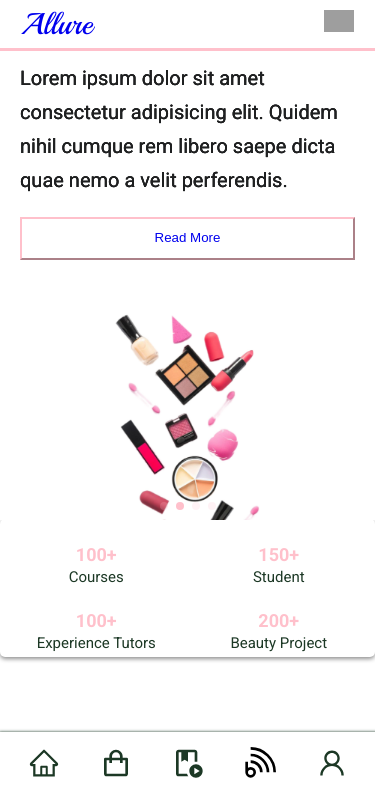
Repository: Benedict-Anthony/Allure-E-commerce-React-Js
Page: /
An editor plug-in stored every save of this project. The page is shown before and after the next save, followed by the edit.
The browser window is 375 px wide. The pictures show the whole page.
Pictures or frames that could not be fetched are drawn as grey boxes. The page's requests for data from a server got no answer. The project was rebuilt for these pictures with package versions that can differ from the ones it lists, and the page was loaded fresh each time. No one was signed in, and anything a server would have sent is missing. Also part of the build but not shown: src/App.css, src/css/courses.css, src/shared/Course.tsx, src/shared/Product.tsx, src/pages/Shop.tsx, src/pages/Tutorials.tsx, src/pages/ProductDetail.tsx, src/components/CourseDetails.tsx and 15 more.

Above is the page before, as saved 2023-02-04 01:06:10.

### src/index.css
@import url('https://fonts.googleapis.com/css2?family=Great+Vibes&family=Playball&family=Roboto:wght@300;400;700&display=swap');


:root {
  --primary-color: pink;
  --secondary-color: #1c3825;
  --text-color: #1f2021;
  --basic: #fff;
  --fontSize: 18px;

}


*,
*::after,
*::before {
  padding: 0;
  margin: 0;
  box-sizing: border-box;
  line-height: 1.4em;
  transition: all .3s linear;
  list-style: none;
  text-decoration: none;
}

html {
  scroll-behavior: smooth;
}

body {
  width: 100%;
  background-color: var(--basic);
  color: var(--text-color);
  font-family: 'Roboto', sans-serif;
}

.container {
  padding: 0 1rem;
  overflow: hidden;
  height: auto;
}

.button {
  display: inline-block;
  padding: 10px 20px;
  color: var(--basic);
  margin-top: 20px;
  background-color: var(--secondary-color);
  border: 2px solid var(--fontSize);
  border-radius: 6px;
}

.flex {
  display: flex;
  justify-content: space-between;
  align-items: center;
}

.flex-center {
  justify-content: center;
}

.flex-row {
  flex-direction: column;
}


.swiper {
  width: 100%;
  height: 100%;
}

.swiper-slide {
  text-align: center;
}


.grid {
  display: grid;
  grid-template-columns: repeat(auto-fit, minmax(12rem, 2fr));
  justify-content: space-between;
  align-items: flex-start;
  gap: 20px;
}


.btn {
  display: inline-block;
  background-color: var(--text-color);
  color: var(--basic);
  font-size: 16px;
  font-family: inherit;
  margin-top: 10px;
  border: 1px solid var(--basic);
  padding: 10px 20px;
  border-radius: 8px;
}

.section {
  margin-top: 20px;
}

.togglebar,
.close {
  display: none;
}

.wrapper {
  max-width: 960px;
  margin: 0 auto;
}

.strike {
  text-decoration: line-through;
  color: var(--secondary-color);
  font-size: 10px;
}




@media(max-width:1024px) {
  /* .grid {
    grid-template-columns: repeat(3, 1fr);
  } */
}


@media(max-width:768px) {

  .container {
    padding: 0 1.3rem;
    overflow: hidden;
    height: auto;
  }

  /* .flex {
    flex-direction: column;
  } */

  /* .grid {
    grid-template-columns: repeat(2, 1fr);
  } */


  /* .togglebar,
  .close {
    display: block;
  } */
}

@media(max-width:500px) {

  /* .flex {
    display: grid;
    grid-template-columns: 1fr 1fr;
  } */

  .grid {
    grid-template-columns: 1fr 1fr;
  }
}

### src/App.tsx
import React from 'react';
import './App.css';
import { BrowserRouter, Routes, Route } from "react-router-dom"
import { ProductProvider } from './contexts/ProductContext';


import Home from './pages/Home';
import Shop from './pages/Shop';
import Header from './components/Header';
import { LessonProvider } from './contexts/LessonContext';
import Tutorials from './pages/Tutorials';
import ProductDetail from './pages/ProductDetail';
import CourseDetail from './pages/CourseDetail';
import Login from './pages/Login';
import SignIn from './pages/SignIn';
import Account from './pages/Account';
import ButtonNav from './components/ButtonNav';

function App() {
  return (
    <BrowserRouter>
      <LessonProvider>
        <ProductProvider>
          <Header />
          <Routes>
            <Route path={"/"} element={<Home />} />
            <Route path='/login' element={<Login />} />
            <Route path='/sign-in' element={<SignIn />} />
            <Route path='/account' element={<Account />} />
            <Route path={"/shop"} element={<Shop />} />
            <Route path={"/tutorials"} element={<Tutorials />} />
            <Route path={"/product/:slug"} element={<ProductDetail />} />
            <Route path={"/course/:slug"} element={<CourseDetail />} />
          </Routes>
          <ButtonNav />
        </ProductProvider>
      </LessonProvider>
    </BrowserRouter>
  );
}

export default App;

### src/contexts/ProductContext.tsx
import React from "react"
import { createContext,  useReducer, useEffect } from 'react';
import { childrenProps, ProductContextInterface } from "../types/contextTypes"
import { initialProductInterface } from "../types/reducerTypes"
import { productReducer } from "../reducers/productReducers";
import getData from "../utils/fetchFunc";
import { ProductType } from "../reducers/productReducers";
import { LessonType } from "../reducers/lessonReducer";


const ProductContext = createContext({} as ProductContextInterface)

export const ProductProvider = ({ children }: childrenProps) => {
    const initialState: initialProductInterface = {
        products: [],
        lessonAssets:[],
        product:{},
        isFetching: true,
        rltd:[]
    }
    const [state, dispatch] = useReducer(productReducer, initialState)
    const fetchProductData = async () => {
        const data = await getData("products")
        dispatch({type:ProductType.LOAD_PRODUCTS, payload:data})
    }

    const getSingleProduct = async (slug:number | string | undefined) => {
        const data = await getData("products", slug)
        const rltdData = await getData(`products/${slug}/category`)
        dispatch({type:ProductType.LOAD_PRODUCT_DETAIL, payload:data, others:rltdData})
    }

   const getLessonAssets = async (slug : string | undefined) => {
       const data = await getData(`lessons/${slug}/assets`)
       dispatch({type:LessonType.LOAD_LESSON_DETAIL_ASSETS, others:data})
   }

    useEffect(() => {
        fetchProductData()
    },[])
    return (

        <ProductContext.Provider value={{
            data: state,

            getSingleProduct,
            getLessonAssets,
        }}>
        {children}
    </ProductContext.Provider>
        )
}


export default ProductContext

### src/pages/Home.tsx
import React from 'react';
import Landing from '../components/Landing';
import Courses from '../components/Courses';
import Products from '../components/Products';
import { FC } from "react";


const Home:FC = () =>  {

return (
    <>
      <Landing />
      <Courses />
      <Products/>
    </>
  )
}

export default Home

### src/components/Header.tsx
import React, { useState } from 'react'
import { FaBars, FaTimes } from 'react-icons/fa'
import { Link } from 'react-router-dom'
import { Navigations } from '../scripts/topNavItems';
import cart from "../assets/cart.png";
import "../css/header.css"

const Header = () => {
  const [activeMenu, setActiveMenu] = useState(false)

  return (
    <header>
      <div className="container">
        <nav className="nav__items">
          <div className="logo">
            <Link to={"/"}>Allure</Link>
          </div>

          <ul className={`nav_links flex ${activeMenu && "active"} `}>
            {Navigations.map((item) => (
              <li key={item.id}>
                {item.page ? <Link to={`/${item.to}`}>{item.name}</Link> : <a href={`#${item.to}`}>{item.name}</a>}
              </li>
            ))}
            <FaTimes className="close" onClick={() => setActiveMenu(false)} />
          </ul>

          <ul className="nav_icons">

            <li><Link to={"login"}>Login</Link></li>
            <li><Link to={"sign-in"}>Sign Up</Link></li>
            <div className="cart">
              <img src={cart} alt="" />

            </div>
            <FaBars className="togglebar" onClick={() => setActiveMenu(true)} />
          </ul>
        </nav>
      </div>
    </header>
  )
}

export default Header

### src/contexts/LessonContext.tsx
import { createContext, useEffect, useReducer } from "react";
import lessonReducer from "../reducers/lessonReducer";
import { initialLessonInterface } from '../types/reducerTypes';
import { childrenProps, LessonContextInterface } from '../types/contextTypes';
import getData from "../utils/fetchFunc";
import { LessonType } from '../reducers/lessonReducer';
const LessonContext = createContext({} as LessonContextInterface)

export const LessonProvider = ({ children }: childrenProps) => {
    const initialState:initialLessonInterface = {
        lessons:[],
        count: 0,
        lesson:{}
    }

    const [state, dispatch] = useReducer(lessonReducer, initialState)

    async function fetchLessonData() {
        const data = await getData("lessons")
        dispatch({type:LessonType.LOAD_LESSONS, payload:data})
    }

    const getLessonDetails = async (slug:string |undefined) => {
        const data = await getData(`lessons/${slug}`)
        dispatch({ type:LessonType.LOAD_LESSON_DETAIL, payload:data})
    }

    useEffect(() => {
      fetchLessonData()
    },[])
    return (
        <LessonContext.Provider value={{
            data:state,
            getLessonDetails
            }}>
            {children}
        </LessonContext.Provider>
    )
}

export default LessonContext

### src/components/ButtonNav.tsx
import React from 'react'
import { AiOutlineHome, AiOutlineUser } from "react-icons/ai"
import { BiShoppingBag, BiLogIn } from "react-icons/bi"
import { MdOutlinePlayLesson } from "react-icons/md"
import { GrBlog } from "react-icons/gr"
import { Link } from 'react-router-dom'




const ButtonNav = () => {
    return (
        <nav className="nav__bottom">
            <ul>
                <li><Link to={"/"}><AiOutlineHome /></Link></li>
                <li><Link to={"/shop"}><BiShoppingBag /></Link></li>
                <li><Link to={"/tutorials"}><MdOutlinePlayLesson /></Link></li>
                <li><Link to={"/blog"}><GrBlog /></Link></li>
                <li><Link to={"/account"}><AiOutlineUser /></Link></li>
            </ul>
        </nav>
    )
}

export default ButtonNav

### src/reducers/productReducers.tsx
import { actionInterface, initialProductInterface } from "../types/reducerTypes";
import { LessonType } from "./lessonReducer";
export const ProductType = {
    LOAD_PRODUCTS: "LOAD_PRODUCTS",
    LOAD_PRODUCT_DETAIL:"LOAD_PRODUCT_DATAIL"
}
export const productReducer = (state:initialProductInterface, action:actionInterface) => {
    switch (action.type) {
        case ProductType.LOAD_PRODUCTS:
            return {
                ...state,
                products: action.payload,
                isFetching:false,
            }
        case ProductType.LOAD_PRODUCT_DETAIL:
            return {
                ...state,
                product: action.payload,
                rltd:action.others
            }
        case LessonType.LOAD_LESSON_DETAIL_ASSETS:
            return {
                ...state,
                lessonAssets:action.others
            }
        default:
            return state
    }
}

### src/utils/fetchFunc.tsx
const getData = async (endpoint: string, slug?: number | string | null) => {
    if (slug) {
        const response = await fetch(`http://127.0.0.1:8000/api/${endpoint}/${slug}`)
        const data = await response.json()
        return data
    } else {
        const response = await fetch(`http://127.0.0.1:8000/api/${endpoint}/`)
        const data = await response.json()
        return data
    }

}


export default getData

### src/reducers/lessonReducer.tsx
import { initialLessonInterface, actionInterface } from '../types/reducerTypes';

export const LessonType = {
    LOAD_LESSONS: "LOAD_LESSONS",
    LOAD_LESSON_DETAIL:"LOAD_DETAILS",
    LOAD_LESSON_DETAIL_ASSETS:"LOAD_LESSON_DETAIL_ASSETS"
}

const lessionReducer = (state:initialLessonInterface, action:actionInterface) => {
    switch (action.type) {
        case LessonType.LOAD_LESSONS:
            return {
                ...state,
                lessons:action.payload,
                count:1
            }
        case LessonType.LOAD_LESSON_DETAIL:
            return {
                ...state,
                lesson:action.payload
            }

        default:
            return state
    }
}


export default lessionReducer

### src/components/Landing.tsx
import React from 'react'
import { FC } from "react";
import Card from '../shared/Card';


import { Swiper, SwiperSlide } from "swiper/react";
import { EffectFade, Autoplay, Pagination, Navigation } from "swiper";
import "swiper/css";
import "swiper/css/pagination";
import "swiper/css/effect-fade";
import "swiper/css/navigation";


import { landing } from '../scripts/landing';
import { Courses } from '../scripts/topNavItems';

import "../css/landing.css";
import Button from '../shared/Button';
import { Link } from 'react-router-dom';


const Landing: FC = () => {

    return (
        <section className="landing" id="home">
            <main className="hero">
                <Swiper
                    loop={true}
                    // loopFillGroupWithBlank={true}
                    // pagination={{
                    //     clickable: true,
                    // }}
                    autoplay={{
                        delay: 5000,
                        disableOnInteraction: false
                    }}
                    spaceBetween={30}
                    effect={"fade"}
                    // navigation={true}
                    pagination={{
                        clickable: true,
                    }}
                    modules={[EffectFade, Navigation, Pagination, Autoplay]}
                    className="mySwiper">
                    {landing.map((item, index) => (
                        <SwiperSlide key={index}>
                            <div className="flex flex-center landing__page ">
                                <div className="landing__info">
                                    <p>{item.text}</p>
                                    <Button type='button'>
                                        <Link to={item.link}>Read More</Link>
                                    </Button>
                                </div>
                                <div className="landing__image">
                                    <img src={item.image} alt="" />
                                </div>

                            </div>
                        </SwiperSlide>
                    ))}
                </Swiper>
            </main>


            <div className="landing__courses">
                <Card>
                    <div className="landing__courses-count">
                        {Courses.map((item) => (
                            <div className="count" key={item.id}>
                                <h2>{item.count}+</h2>
                                <p>{item.name}</p>
                            </div>
                        ))}
                    </div>
                </Card>
            </div>

        </section>
    )
}




export default Landing

### src/components/Courses.tsx
import React, { useContext } from 'react'
import {FC} from "react"

// Import Swiper styles
import { Swiper, SwiperSlide } from "swiper/react";
import "swiper/css";
import "swiper/css/pagination";
import "swiper/css/navigation";
import { Pagination, Navigation } from "swiper";


import "../css/courses.css"

// import required modules


import LessonContext from '../contexts/LessonContext';
import Course from '../shared/Course';


const Courses:FC = () => {

  const {data :{lessons}} = useContext(LessonContext)
  return (
    <section className="container" id="courses">
      <main>
         <Swiper
        // slidesPerView={4}
        // spaceBetween={30}
        // slidesPerGroup={4}
        loop={true}
        loopFillGroupWithBlank={true}
        // pagination={{
        //   clickable: true,
        // }}
          navigation={true}
          breakpoints={{
             // when window width is >= 320px
              468: {
                slidesPerView: 1,
                spaceBetween: 20
              },
              568: {
                slidesPerView: 2,
                spaceBetween: 20
              },
              // when window width is >= 480px
              768: {
                slidesPerView: 3,
                spaceBetween: 30
              },
              // when window width is >= 640px
              978: {
                slidesPerView: 4,
                spaceBetween: 40
              }
        }}
        modules={[Pagination, Navigation]}
        className="mySwiper"
      >
          {lessons.slice(0,10).map((item) => (
            <SwiperSlide key={item.id}>
              <Course item={item} />
          </SwiperSlide>
        ))}
      </Swiper>
      </main>
    </section>
  )
}

export default Courses

### src/components/Products.tsx
import React from 'react';

import { Swiper, SwiperSlide } from "swiper/react";

// Import Swiper styles
import "swiper/css";
import "swiper/css/pagination";
import "swiper/css/navigation";

// import required modules
import { Pagination, Navigation } from "swiper";
import "../css/products.css";



import {useContext} from "react";
import ProductContext from "../contexts/ProductContext"
import Product from '../shared/Product';


const Products = () => {

  const { data:{products} } = useContext(ProductContext)
  return (
      <section className="container products" id="products">

<Swiper
        // slidesPerView={4}
        // spaceBetween={30}
        // slidesPerGroup={3}
        loop={true}
        loopFillGroupWithBlank={true}
        // pagination={{
        //   clickable: true,
        // }}
               breakpoints={{
             // when window width is >= 320px
              320: {
                slidesPerView: 1,
                spaceBetween: 20
              },
              568: {
                slidesPerView: 2,
                spaceBetween: 20
              },
              // when window width is >= 480px
              768: {
                slidesPerView: 3,
                spaceBetween: 30
              },
              // when window width is >= 640px
              978: {
                slidesPerView: 4,
                spaceBetween: 40
              }
        }}
        navigation={true}
        modules={[Pagination, Navigation]}
        className="mySwiper"
      >

               { products.length > 0 && products.slice(0,10).map((item) => (

                  <SwiperSlide key={item.id}>
                   <Product item={item} />
                </SwiperSlide>
        ))}

      </Swiper>
    </section>
  )
}

export default Products

### src/scripts/topNavItems.ts
export const Navigations = [
    {
        id: 1,
        name: "home",
        to: "",
        page: true,
    },
    // {
    //     id: 2,
    //     name: "courses",
    //     to: "courses",
    //     page: false,

    // },
    // {
    //     id: 3,
    //     name: "arrivals ",
    //     to: "products",
    //     page: false,

    // },
    {
        id: 4,
        name: "shop",
        to: "shop",
        page: true,
    },

    {
        id: 5,
        name: "blog",
        to: "blog",
        page: true,

    },
    {
        id: 6,
        name: "tutorials",
        to: "tutorials",
        page: true,


    },
]


export const Courses = [
    {
        id: 1,
        name: "courses",
        count: 100
    },

    {
        id: 2,
        name: "student",
        count: 150
    },

    {
        id: 3,
        name: "experience Tutors",
        count: 100
    },

    {
        id: 4,
        name: "beauty project",
        count: 200
    },
]

### src/css/header.css
header {
    padding: 3px 0px;
    /* background-color: var(--primary-color); */
    border-bottom: 3px solid var(--primary-color);
    /* osition: fixed;
    top: 0;
    width: 100%;
    z-index: 10;p */
}

header nav {
    display: flex;
    justify-content: space-between;
    align-items: center;
}

header nav .logo {
    font-size: 30px;
    /* font-family: 'Great Vibes', cursive;
     */
    font-family: 'Playball', cursive;
}

header nav li {
    position: relative;
    margin: 0 10px;
}

header nav li::after {
    content: '';
    width: 0;
    height: 2px;
    background: linear-gradient(to right, var(--secondary-color), var(--primary-color));
    position: absolute;
    bottom: 0;
    left: 0;
}

header nav li:hover::after {
    width: 100%;
}

header nav ul li a {
    color: var(--text-color);
    font-size: var(--fontSize);
    text-transform: capitalize;
}

header .cart {
    width: 30px;
}

header .cart img {
    width: 100%;
}



.nav_icons {
    display: flex;
    align-items: center;
    justify-content: space-around;
    column-gap: 10px;
}



.nav_icons svg {
    color: var(--secondary-color);
    font-size: 20px;
    margin: 0 2px;
}


.nav__bottom {
    display: block;
    width: 100%;
    margin: auto;
    margin-top: 40px;
    position: fixed;
    bottom: 0;
    left: 100%;
    background-color: var(--basic);
    padding: 15px 0;
    box-shadow: 3px 4px 3px 4px var(--secondary-color);
}

.nav__bottom ul {
    display: flex;
    align-items: center;
    justify-content: center;
}

.nav__bottom ul li {
    margin: 0 20px;
}

.nav__bottom ul li svg {
    color: var(--secondary-color);
    font-size: 2rem;
    font-weight: 700;
}

@media(max-width:768px) {
    header nav .nav_links {
        position: absolute;
        top: -100vh;
        right: 0;
        width: 80%;
        background-color: var(--basic);
        border-left: 3px solid var(--primary-color);
        height: 100vh;
        z-index: 10;
        justify-content: flex-start;
        align-items: flex-start;
        gap: 30px;
        padding-left: 50px;
        padding-top: 50px;
        display: none;

    }

    .nav_icons li {
        display: none;
    }

    header nav .nav_links.active {
        top: 0;
    }

    .close {
        position: absolute;
        top: 7px;
        left: .6rem;
        font-weight: 100;
        font-size: 25px;
        color: var(--secondary-color);
    }

    .nav__bottom {
        left: 0;
    }

}

### src/shared/Button.tsx
import React from 'react'
import { ReactNode } from "react"

import "../css/button.css"
type ButtonProps = {
    children:ReactNode,
    type:"button" | "submit",
    hanldleOnclick?: () => void
}
const Button = ({children, type, hanldleOnclick}:ButtonProps) => {
  return (
    <button type={type} onClick={hanldleOnclick}> {children} </button>
  )
}

export default Button

### src/shared/Card.tsx
import React from 'react'
import {ReactNode,} from "react"

import "../css/card.css"

interface CardType {
    children:ReactNode
}


const Card = ({children}:CardType) => {
  return (
      <div className="card">
          {children}
    </div>
  )
}

export default Card

### src/scripts/landing.ts
export const landing = [
    {
        "text": "Lorem ipsum dolor sit amet consectetur adipisicing elit. Quidem nihil cumque rem libero saepe dicta quae nemo a velit perferendis.",
        "image": "./images/welcome.jpg",
        "link": "/"
    },

    {
        "text": "Lorem ipsum dolor sit amet consectetur adipisicing elit. Quidem nihil cumque rem libero saepe dicta quae nemo a velit perferendis.",
        "image": "./images/products.jpg",
        "link": "/"

    },

    {
        "text": "Lorem ipsum dolor sit amet consectetur adipisicing elit. Quidem nihil cumque rem libero saepe dicta quae nemo a velit perferendis.",
        "image": "./images/makeup.jpg",
        "link": "/"

    },
    {
        "text": "Lorem ipsum dolor sit amet consectetur adipisicing elit. Quidem nihil cumque rem libero saepe dicta quae nemo a velit perferendis.",
        "image": "./images/camera.jpg",
        "link": "/"

    }
]

### src/css/landing.css
/* LANDING HERO SECTION */


.hero {
    width: 100%;
    border-bottom: 3px outset var(--primary-color);
}


.hero .landing__info {
    width: 100%;
    max-width: 500px;
    text-align: left;
    padding: 10px 20px;
}

.hero .landing__info p {
    font-size: 20px;
    line-height: 1.7em;
}

.hero .landing__image {
    width: 100%;
    height: 100%;
}

.hero .landing__image img {
    width: 100%;
    height: 100%;
}





.landing__courses {
    width: 700px;
    margin: 0 auto;
    transform: translateY(-10px);
}

.landing__courses-count .count {
    display: flex;
    align-items: center;
    justify-content: center;
    flex-direction: column;
    padding-top: 20px;

}

.landing__courses-count .count h2 {
    color: var(--primary-color);
    font-size: 30px;
}

.landing__courses-count .count p {
    color: var(--secondary-color);
    font-size: 20px;
    text-transform: capitalize;
}

.hero .landing__page {
    flex-direction: row;
}

/*  */


@media(max-width:568px) {
    .hero .landing__page {
        flex-direction: column;
    }

    .landing__courses {
        width: 100%;
    }

    .landing__courses-count {
        display: grid;
        grid-template-columns: 1fr 1fr;
    }

    .landing__courses .count h2 {
        font-size: 18px;
    }

    .landing__courses .count p {
        font-size: 15px;
    }
}

### src/css/button.css
button {
    display: block;
    margin-top: 20px;
    padding: 10px 20px;
    color: var(--secondary-color);
    background-color: var(--basic);
    border: 2px outset var(--primary-color)
}

button:hover {
    transform: scale(.98);
    transition: .4s cubic-bezier(0.165, 0.84, 0.44, 1);
    cursor: pointer;
    /* z-index: 10; */
}

@media(max-width:700px) {
    button {
        width: 100%;
    }
}

### src/css/card.css
.card {
    padding: 10px 15px;
    border-radius: 5px;
    color: black;
    background-color: #fff;
    box-shadow: 0 2px 4px rgba(0, 0, 0, 0.44);
    /* width: 100%; */
}


.card__body {
    width: 200px;
    text-align: left;
    padding: 2px 10px;
    border-radius: 10px;
}


.card__body:hover {
    /* background-color: var(--primary-color); */
    cursor: pointer;
}

.card__body .card__img {
    width: 50%;
    /* height: 8rem; */
    margin: 0 auto;
    /* object-fit: cover; */
}

@media(max-width:600px) {
    .card {
        padding: 3px 5px;
    }
}

Loaded but not shown: public/index.html (common file); src/index.tsx (common file); src/css/products.css (242 lines, source omitted)

After the next save:
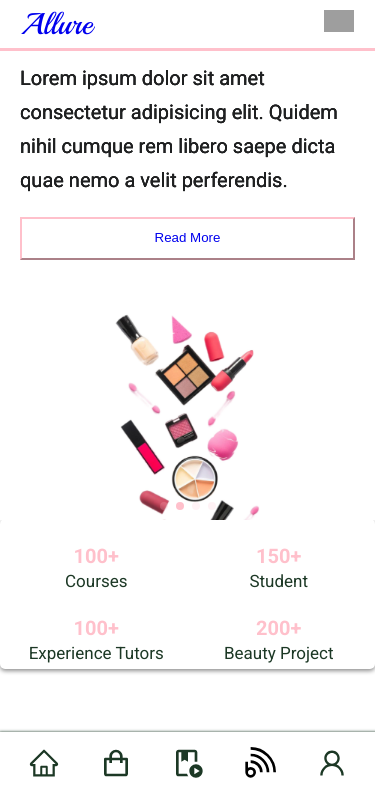
Saved 15 s later.
--- a/src/css/landing.css
+++ b/src/css/landing.css
@@ -81,10 +81,10 @@
     }
 
     .landing__courses .count h2 {
-        font-size: 18px;
+        font-size: 20px;
     }
 
     .landing__courses .count p {
-        font-size: 15px;
+        font-size: 17px;
     }
 }
